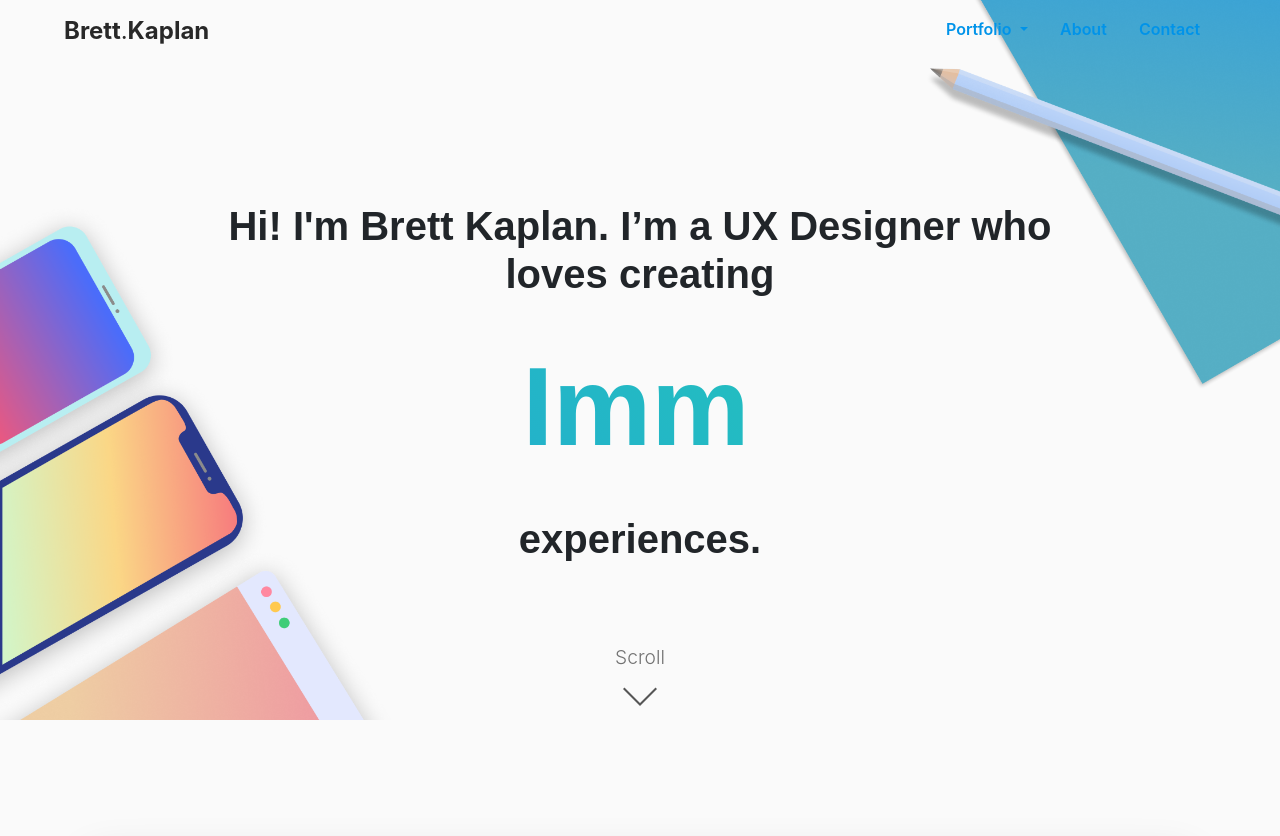
Repository: bkap1690/bkap1690.github.io
Page: index.html
The author's editor kept a copy of each file at every save. The page is drawn from the files as they stood at one save, then again after the next save.
The browser window is 1280 px wide. The pictures show the part of the page from y = 0 to 836 px (the page is 2614 px tall).
A picture or video elsewhere on the page could not be fetched, so the positions and the page height are approximate. An inner scrolling area shows only its first screen. Backgrounds fixed to the window are drawn as part of the page. Some web libraries are served in a nearby version.

Above is the page before, as saved 2020-10-15 23:26:58.
Console error: TypeError: Cannot set properties of null (setting 'className')

### index.html
<!DOCTYPE html>
<html lang="en">

<head>
  <meta charset="UTF-8">
  <meta name="viewport" content="width=device-width, initial-scale=1.0">
  <meta http-equiv="X-UA-Compatible" content="ie=edge">
  <meta name="Description" content="Enter your description here" />
  <link rel="stylesheet" href="https://cdnjs.cloudflare.com/ajax/libs/twitter-bootstrap/4.5.0/css/bootstrap.min.css">
  <link rel="stylesheet" href="https://cdnjs.cloudflare.com/ajax/libs/font-awesome/5.13.0/css/all.min.css">
  <link rel="stylesheet" href="css/style.min.css">
  <link rel="stylesheet" href="css/hover-min.css">
  <link href="https://unpkg.com/aos@2.3.1/dist/aos.css" rel="stylesheet">
  <title>Brett Kaplan</title>
</head>
<script>
  document.body.className = 'js';
</script>

<body>
  <header>
    <nav class="navbar navbar-expand-lg navbar-light bg-light fixed-top">
      <a class="navbar-brand nav-logo pl-lg-5" href="#">Brett<span id="logo-dot">.</span>Kaplan</a>
      <button class="navbar-toggler" type="button" data-toggle="collapse" data-target="#navbarSupportedContent"
        aria-controls="navbarSupportedContent" aria-expanded="false" aria-label="Toggle navigation">
        <span class="navbar-toggler-icon"></span>
      </button>

      <div class="collapse navbar-collapse justify-content-end" id="navbarSupportedContent">
        <ul class="navbar-nav pr-lg-5">
          <li class="nav-item dropdown">
            <a class="main-nav-link hvr-underline-from-center mx-3 px-0 dropdown-toggle" href="#"
              id="navbarDropdownMenuLink" data-toggle="dropdown" aria-haspopup="true" aria-expanded="false">Portfolio
              <span class="sr-only">(current)</span></a>
            <div class="dropdown-menu" aria-labelledby="navbarDropdownMenuLink">
              <a class="dropdown-item" href="sportsstream.html">SportsStream</a>
              <a class="dropdown-item" href="citypups.html">CityPups</a>
            </div>
          </li>
          <li class="nav-item">
            <a class="main-nav-link hvr-underline-from-center mx-3 px-0" href="about.html">About</a>
          </li>
          <li class="nav-item">
            <a class="main-nav-link hvr-underline-from-center mx-3 px-0" href="contact.html">Contact</a>
          </li>
        </ul>
      </div>
    </nav>
  </header>
  <div class="top-content container-fluid">
    <div class="row justify-content-center align-items-center">
      <!-- Content here -->
      <div class="headline col-lg-8 col-md-12">
        <h1 class="text-center">
          Hi! I'm Brett Kaplan. I’m a UX Designer who loves creating
        </h1>
        <h1 class="typing heading text-center py-5">
          <span class="txt-rotate" data-period="2000"
            data-rotate='[ "enjoyable", "immersive", "people-focused" ]'></span>
        </h1>
        <h1 class="text-center">
          experiences.
        </h1>
      </div>
      <!-- <div class="floating-images col-lg-4 col-md-12">
        <ul class="floating-images__container">

          <li class="floating-image">
            <div class="image img-container">
              <img src="dist/img/hero-images/x06-news_app_concept.png.pagespeed.ic.EnncIiBDpJ.webp" alt="">
            </div>
          </li>
          <li class="floating-image">
            <div class="image img-container">
              <img src="dist/img/hero-images/x07-newsletter_landing_page.png.pagespeed.ic.LBzXV0xePM.webp" alt="">
            </div>
          </li>
          <li class="floating-image">
            <div class="image img-container">
              <img src="dist/img/hero-images/x08-landing-page-template.png.pagespeed.ic.x9f71mSB3h.webp" alt="">
            </div>
          </li>
          <li class="floating-image">
            <div class="image img-container">
              <img src="dist/img/hero-images/x09-hero_idea__2.png.pagespeed.ic.W4DFxZuD9m.webp" alt="">
            </div>
          </li>
          <li class="floating-image">
            <div class="image img-container">
              <img src="assets/CityPupsMocks_thumbnail.png" alt="">
            </div>
          </li>
          <li class="floating-image">
            <div class="image img-container">
              <img src="dist/img/hero-images/x11-looper_wallpapers.png.pagespeed.ic.aa73FLs4iI.webp" alt="">
            </div>
          </li>
        </ul>
      </div> -->
    </div>
    <div class="scroll d-flex justify-content-center mt-3 pt-2"><a href="#section1">Scroll</a></div>
    <div id="section04" class="d-flex mt-1 justify-content-center">
      <a href="#section1"></a>
    </div>
  </div>





  <section id="section1" class="section-gap">
    <div class="container col-centered">
      <a href="./sportsstream.html">
        <div class="my-5 py-6 aos-init aos-animate" data-aos="fade-up" data-aos-duration="600">

          <div class="row card-project-big justify-content-between align-items-center">

            <div class="col-md-6 card-round-lg card-round-sm card-gradient-blue">
              <img width="100%" src="assets/sportsstream_app_case_study_hero.png" aria-label="Image" role="img">
            </div>

            <div class="col-md-6">
              <div class="card-body">
                <h5 class="card-title">SportsStream App</h5>
                <p class="card-subtitle">UX Design | UX Research | UI Design | Information
                  Architecture
                </p>
                <p class="card-text">Access all sporting games and events within a dedicated sports streaming app.</p>
              </div>
            </div>
          </div>
        </div>
      </a>

      <a href="./citypups.html">
        <div class="my-5 py-6 aos-init aos-animate" data-aos="fade-up" data-aos-duration="600">

          <div class="row card-project-big justify-content-between align-items-center">
            <div class="col-md-6 card-round-lg card-round-sm card-gradient-orange">
              <img width="100%" src="assets/CityPupsMocks_Big.svg" aria-label="Image" role="img">

            </div>
            <div class="col-md-6">
              <div class="card-body">
                <h5 class="card-title">CityPups</h5>
                <p class="card-subtitle">UX Design | UX Research | UI Design | Interaction
                  Design</p>
                <p class="card-text">Helping city-goers match with dogs suited to the city lifestyle.</p>
              </div>
            </div>
          </div>
        </div>
      </a>
      <!-- <a href="./sportsstream.html">
        <div class="my-5 py-6 aos-init aos-animate" data-aos="fade-up" data-aos-duration="600">

          <div class="row card-project-big justify-content-between align-items-center">
            <div class="col-md-6 card-round-lg card-round-sm card-gradient-red">
              <img width=" 100%" src="" aria-label="Image" role="img">

            </div>
            <div class="col-md-6">
              <div class="card-body">
                <h5 class="card-title">Card title</h5>
                <p class="card-text">It's a broader card with text below as a natural lead-in to extra content. This
                  content is a little longer.</p>
                <p class="card-text"><small class="text-muted">Last updated 3 mins ago</small></p>
              </div>
            </div>
          </div>
        </div>
      </a> -->

    </div>

    <!--------------- Grid Project List Style -- To Be Used At A Later Date ----------------->

    <!-- <ul class="thumbnail-grid">

        <a href="./sportsstream.html">
          <li data-aos="fade-up" data-aos-duration="600" class="thumbnail-grid-item aos-init aos-animate">
            <div class="card-project"
              style="background-image: url('assets/sportsstream_app_case_study_hero.png'); background-size: contain; background-repeat: no-repeat;">
              <div class="card-bottom">
                <h4 class="card-title">
                  SportsStream App
                </h4>
                <h5 class="card-subtitle">
                  UX/UI Design, Research, AI
                </h5>
                <p class="card-content">
                  Stream your favorite sports.
                </p>
              </div>
            </div>
          </li>
        </a>


        <a href="./citypups.html">
          <li data-aos="fade-up" data-aos-duration="600" data-aos-delay="200"
            class="thumbnail-grid-item aos-init aos-animate">
            <div class="card-project"
              style="background-image: url('assets/CityPupsMocks.png'); background-size: contain; background-repeat: no-repeat;">
              <div class="card-bottom">
                <h4 class="card-title">
                  CityPups Website
                </h4>
                <h5 class="card-subtitle">
                  UX/UI Design, Interaction Design
                </h5>
                <p class="card-content">
                  Helping city-goers find dogs.
                </p>
              </div>
            </div>
          </li>
        </a>
        <br>
        <br>
        <br>
        <a href="./works/mirror-mirror.html">
          <li data-aos="fade-up" data-aos-duration="600" data-aos-delay="200" data-aos-offset="-50"
            class="thumbnail-grid-item aos-init aos-animate">
            <div class="card-project"
              style="background-image: url('assets/CityPupsMocks.png'); background-size: contain; background-repeat: no-repeat;">
              <div class="card-bottom">
                <h4 class="card-title">
                  Relayto Platform
                </h4>
                <h5 class="card-subtitle">
                  UX Design, UX Research, AI
                </h5>
                <p class="card-content">
                  Easily transform your static PDFs into web-based presentations
                </p>
              </div>
            </div>
          </li>
        </a>

        <a href="./works/THD.html">
          <li data-aos="fade-up" data-aos-duration="600" data-aos-delay="200"
            class="thumbnail-grid-item aos-init aos-animate">
            <div class="card-project"
              style="background-image: url('assets/CityPupsMocks.png'); background-size: contain; background-repeat: no-repeat;">
              <div class="card-bottom">
                <h4 class="card-title">
                  My Home Depot Internship
                </h4>
                <h5 class="card-subtitle">
                  UX/UI Design, UX Research, Internship
                </h5>
                <p class="card-content">
                  What I learned and what I could have done during my Home Depot internship.
                </p>
              </div>
            </div>
          </li>
        </a>
      </ul> -->
    </div>
  </section>
  <a class="hidden" href="" id="scroll-to-top"><i class="fa fa-chevron-up" aria-hidden="true"></i></a>
  <!-- Footer -->
  <footer class="page-footer pt-md-5 mt-md-5 pt-sm-2 mt-sm-2">
    <!-- Footer Elements -->
    <div class="container d-flex justify-content-center">
      <!-- Grid row-->
      <div class="row">
        <!-- Grid column -->
        <div class="col-md-12 pt-5 pb-2">
          <div class="flex-center">
            <!-- Facebook -->
            <a class="sl-ic" href="https://www.facebook.com/brett.kaplan.79/" target="_blank">
              <i class="fab fa-facebook-f fa-lg white-text mr-md-4 mr-3"> </i>
            </a>
            <!--Linkedin -->
            <a class="sl-ic" href="https://www.linkedin.com/in/brettkkaplan/" target="_blank">
              <i class="fab fa-linkedin-in fa-lg white-text mr-md-4 mr-3">
              </i>
            </a>
            <!--Dribbble -->
            <a class="sl-ic" href="mailto:hello@brettkaplan.design" target="_blank">
              <i class="fab far fa-envelope fa-lg white-text mr-md-4 mr-3"> </i>
            </a>
          </div>
        </div>
        <!-- Grid column -->
      </div>
      <!-- Grid row-->
    </div>
    <!-- Footer Elements -->

    <!-- Copyright -->
    <div class="font-weight-bold text-center py-4" style="font-size: 1.2rem;">
      Email me at
      <a href="mailto:hello@brettkaplan.design">hello@brettkaplan.design</a>
    </div>
    <div class="footer-copyright text-center pb-3">
      © 2020 Copyright:
      <a href="https://brettkaplan.design/">brettkaplan.design</a>
    </div>
    <!-- Copyright -->
  </footer>
  <!-- Footer -->
  <section class="test2"></section>
  <script src="https://unpkg.com/aos@next/dist/aos.js"></script>
  <script>
    AOS.init();
  </script>

  <script src="https://code.jquery.com/jquery-3.5.1.min.js"
    integrity="sha256-9/aliU8dGd2tb6OSsuzixeV4y/faTqgFtohetphbbj0=" crossorigin="anonymous"></script>
  <script src="https://cdnjs.cloudflare.com/ajax/libs/popper.js/1.16.1/umd/popper.min.js"></script>
  <script src="https://cdnjs.cloudflare.com/ajax/libs/twitter-bootstrap/4.5.0/js/bootstrap.min.js"></script>
  <script type="text/javascript" src="js/js.js"></script>
</body>

</html>

### js/js.js
$(document).ready(function () {
  $("#secondary-nav").hide();

  // Add smooth scrolling to all links
  $("a").on("click", function (event) {
    // Make sure this.hash has a value before overriding default behavior
    if (this.hash !== "") {
      // Prevent default anchor click behavior
      event.preventDefault();

      // Store hash
      var hash = this.hash;

      // Using jQuery's animate() method to add smooth page scroll
      // The optional number (800) specifies the number of milliseconds it takes to scroll to the specified area
      $("html, body").animate({
          scrollTop: $(hash).offset().top,
        },
        800,
        function () {
          // Add hash (#) to URL when done scrolling (default click behavior)
          window.location.hash = hash;
        }
      );
    } // End if
  });
});

// Typing Effect on Hero Header

var TxtRotate = function (el, toRotate, period) {
  this.toRotate = toRotate;
  this.el = el;
  this.loopNum = 0;
  this.period = parseInt(period, 10) || 1000;
  this.txt = "";
  this.tick();
  this.isDeleting = false;
};

TxtRotate.prototype.tick = function () {
  var i = this.loopNum % this.toRotate.length;
  var fullTxt = this.toRotate[i];

  if (this.isDeleting) {
    this.txt = fullTxt.substring(0, this.txt.length - 1);
  } else {
    this.txt = fullTxt.substring(0, this.txt.length + 1);
  }

  this.el.innerHTML = '<span class="wrap">' + this.txt + "</span>";

  var that = this;
  var delta = 300 - Math.random() * 100;

  if (this.isDeleting) {
    delta /= 2;
  }

  if (!this.isDeleting && this.txt === fullTxt) {
    delta = this.period;
    this.isDeleting = true;
  } else if (this.isDeleting && this.txt === "") {
    this.isDeleting = false;
    this.loopNum++;
    delta = 500;
  }

  setTimeout(function () {
    that.tick();
  }, delta);
};

window.onload = function () {
  var elements = document.getElementsByClassName("txt-rotate");
  for (var i = 0; i < elements.length; i++) {
    var toRotate = elements[i].getAttribute("data-rotate");
    var period = elements[i].getAttribute("data-period");
    if (toRotate) {
      new TxtRotate(elements[i], JSON.parse(toRotate), period);
    }
  }
  // INJECT CSS
  var css = document.createElement("style");
  css.type = "text/css";
  css.innerHTML =
    ".txt-rotate > .wrap { border-right: 0.08em solid transparent }";
  document.body.appendChild(css);
};

$(function () {
  $(window).scroll(function (e) {
    if ($(this).scrollTop() > 800) {
      $("#secondary-nav").fadeIn("slow");
    } else {
      $("#secondary-nav").fadeOut("fast");
    }
  });
});



//Cross-browser smooth-scroll JS:

$('a[href^="#"]').on("click", function (e) {
  e.preventDefault();

  var target = this.hash;
  var $target = $(target);

  $("html, body")
    .stop()
    .animate({
        scrollTop: $target.offset().top,
      },
      700,
      "swing",
      function () {
        window.location.hash = target;
      }
    );
});

//Check to see if the window is top if not then display button
$(window).scroll(function () {
  if ($(this).scrollTop() > 300) {
    $("#scroll-to-top").fadeIn();
  } else {
    $("#scroll-to-top").fadeOut();
  }
});




//Click event to scroll to top
$("#scroll-to-top").click(function () {
  $("html, body").animate({
      scrollTop: 0,
    },
    600
  );
  return false;
});

$(document).ready(function () {
  var getMax = function () {
    return $(document).height() - $(window).height();
  };

  var getValue = function () {
    return $(window).scrollTop();
  };

  if ("max" in document.createElement("progress")) {
    var progressBar = $("progress");

    progressBar.attr({
      max: getMax(),
    });

    $(document).on("scroll", function () {
      progressBar.attr({
        value: getValue(),
      });
    });

    $(window).resize(function () {
      progressBar.attr({
        max: getMax(),
        value: getValue(),
      });
    });
  } else {
    var progressBar = $(".progress-bar"),
      max = getMax(),
      value,
      width;

    var getWidth = function () {
      value = getValue();
      width = (value / max) * 100;
      width = width + "%";
      return width;
    };

    var setWidth = function () {
      progressBar.css({
        width: getWidth(),
      });
    };

    $(document).on("scroll", setWidth);
    $(window).on("resize", function () {
      max = getMax();
      setWidth();
    });
  }
});

$(window).scroll(function () {
  $("nav").toggleClass("scrolled", $(this).scrollTop() > 100);
});

// Some random colors
const colors = ["#3CC157", "#2AA7FF", "#1B1B1B", "#FCBC0F", "#F85F36"];

const numBalls = 50;
const balls = [];

for (let i = 0; i < numBalls; i++) {
  let ball = document.createElement("div");
  ball.classList.add("ball");
  ball.style.background = colors[Math.floor(Math.random() * colors.length)];
  ball.style.left = `${Math.floor(Math.random() * 100)}vw`;
  ball.style.top = `${Math.floor(Math.random() * 100)}vh`;
  ball.style.transform = `scale(${Math.random()})`;
  ball.style.width = `${Math.random()}em`;
  ball.style.height = ball.style.width;

  balls.push(ball);
  document.body.append(ball);
}

// Keyframes
balls.forEach((el, i, ra) => {
  let to = {
    x: Math.random() * (i % 2 === 0 ? -11 : 11),
    y: Math.random() * 12
  };

  let anim = el.animate(
    [
      { transform: "translate(0, 0)" },
      { transform: `translate(${to.x}rem, ${to.y}rem)` }
    ],
    {
      duration: (Math.random() + 1) * 2000, // random duration
      direction: "alternate",
      fill: "both",
      iterations: Infinity,
      easing: "ease-in-out"
    }
  );
});

Loaded but not shown: css/style.min.css (library); css/hover-min.css (library)

After the next save:
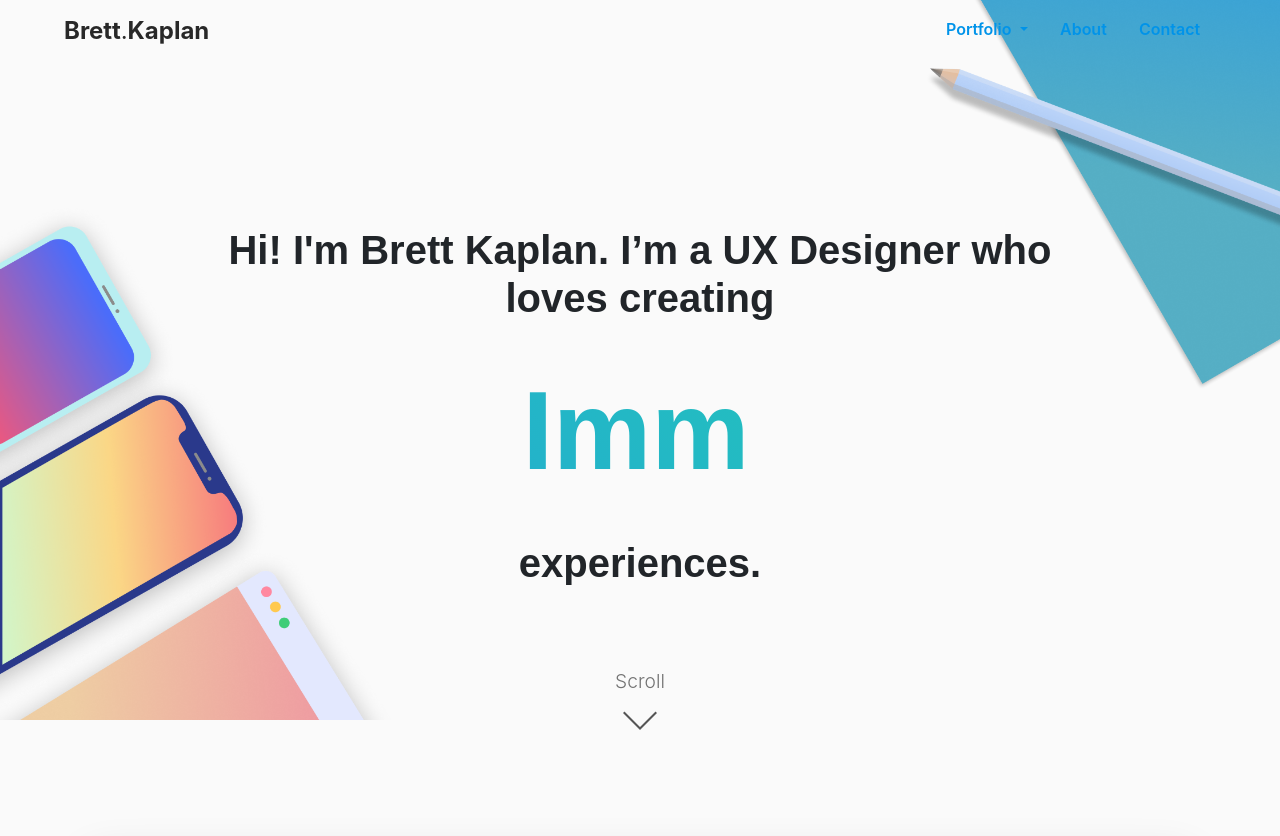
Saved 20 s later.
--- a/index.html
+++ b/index.html
@@ -50,7 +50,7 @@
   <div class="top-content container-fluid">
     <div class="row justify-content-center align-items-center">
       <!-- Content here -->
-      <div class="headline col-lg-8 col-md-12">
+      <div class="pt-4 headline col-lg-8 col-md-12">
         <h1 class="text-center">
           Hi! I'm Brett Kaplan. I’m a UX Designer who loves creating
         </h1>
